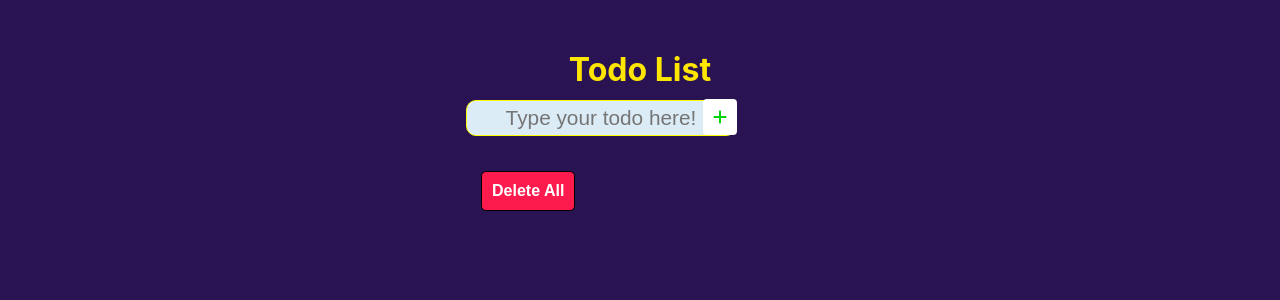
Repository: badhon252/todo-app
Page: /
These files come from the project's save history. The page is drawn as it stood at one moment and after the next save; the edit follows.
The browser window is 1280 px wide. The pictures show the whole page.
The project was rebuilt for these pictures with package versions that can differ from the ones it lists, and the page was loaded fresh each time.

Above is the page before, as saved 2022-01-26 22:38:51.

### public/index.html
<!DOCTYPE html>
<html lang="en">

<head>
  <meta charset="utf-8" />
  <link rel="icon" href="%PUBLIC_URL%/favicon.ico" />
  <meta name="viewport" content="width=device-width, initial-scale=1" />
  <meta name="theme-color" content="#000000" />
  <meta name="description" content="Web site created using create-react-app" />
  <link rel="apple-touch-icon" href="%PUBLIC_URL%/logo192.png" />

  <link rel="manifest" href="%PUBLIC_URL%/manifest.json" />

  <link rel="stylesheet" href="https://cdnjs.cloudflare.com/ajax/libs/font-awesome/5.15.4/css/all.min.css"
    integrity="sha512-1ycn6IcaQQ40/MKBW2W4Rhis/DbILU74C1vSrLJxCq57o941Ym01SwNsOMqvEBFlcgUa6xLiPY/NS5R+E6ztJQ=="
    crossorigin="anonymous" referrerpolicy="no-referrer" />
  <title>React App</title>
</head>

<body>
  <noscript>You need to enable JavaScript to run this app.</noscript>
  <div id="root"></div>
  <!--
      This HTML file is a template.
      If you open it directly in the browser, you will see an empty page.

      You can add webfonts, meta tags, or analytics to this file.
      The build step will place the bundled scripts into the <body> tag.

      To begin the development, run `npm start` or `yarn start`.
      To create a production bundle, use `npm run build` or `yarn build`.
    -->
</body>

</html>

### src/App.js
import Todo from "./components/Todo";

function App() {
  return (
    <div className="App">
      <Todo />
    </div>
  );
}

export default App;

### src/components/Todo.js
import React, { useState, useEffect } from "react";
import { FontAwesomeIcon } from "@fortawesome/react-fontawesome";
import { faPlus, faTrash, faEdit } from "@fortawesome/free-solid-svg-icons";
import "../Styles/style.css";

const getLocalData = () => {
  const lists = localStorage.getItem("myTodoLists");

  if (lists) {
    return JSON.parse(lists);
  } else {
    return [];
  }
};

const Todo = () => {
  const [inputItems, setInputItems] = useState("");
  const [todo, setTodo] = useState(getLocalData());
  const [isEditItem, setIsEditItem] = useState("");
  const [toggleButton, setToggleButton] = useState(false);
  //   Adding Items ============
  const addItems = () => {
    if (!inputItems) {
      alert("Your input field is blank!!");
    } else if (inputItems && toggleButton) {
      setTodo(
        todo.map((curElem) => {
          if (curElem.id === isEditItem) {
            return { ...curElem, name: inputItems };
          }
          return curElem;
        })
      );
      setInputItems("");
      setIsEditItem(null);
      setToggleButton(false);
    } else {
      const myNewInput = {
        id: new Date().getTime().toString(),
        name: inputItems,
      };
      setTodo((e) => [...todo, myNewInput]);
      setInputItems("");
    }
  };

  //   edit items =======
  const editItem = (index) => {
    const itemTodoEdited = todo.find((curElem) => {
      return curElem.id === index;
    });
    setInputItems(itemTodoEdited.name);
    setIsEditItem(index);
    setToggleButton(true);
  };

  //   Deleting items ==========

  const handleDelete = (index) => {
    const updateItems = todo.filter((current) => {
      return current.id !== index;
    });
    setTodo(updateItems);
  };

  useEffect(() => {
    localStorage.setItem("myTodoLists", JSON.stringify(todo));
  }, [todo]);

  return (
    <div className="main-div">
      <h1>Todo List</h1>
      <div className="inputs">
        <input
          type="text"
          name=""
          id="input-box"
          placeholder="Type your todo here!"
          value={inputItems}
          onChange={(e) => setInputItems(e.target.value)}
        />
        {toggleButton ? (
          <FontAwesomeIcon
            icon={faEdit}
            size="6x"
            className="add-btn edit"
            onClick={addItems}
          />
        ) : (
          <FontAwesomeIcon
            icon={faPlus}
            className="add-btn"
            onClick={addItems}
          />
        )}

        {/* <button type="submit" className="add-btn" onClick={addItems}>
          Add
        </button> */}
      </div>
      {/* showing items =============== */}
      <div className="show-items">
        {todo.map((currentItems) => {
          return (
            <div key={currentItems.id}>
              <li className="todo-item">
                {currentItems.name}
                <FontAwesomeIcon
                  icon={faEdit}
                  className="icon edit"
                  onClick={() => editItem(currentItems.id)}
                />
                <FontAwesomeIcon
                  icon={faTrash}
                  className="icon delete"
                  onClick={() => handleDelete(currentItems.id)}
                />
              </li>
            </div>
          );
        })}
        <input
          type="button"
          value="Delete All"
          className="delete-all"
          onClick={() => setTodo([])}
        />
      </div>
    </div>
  );
};

export default Todo;

### src/Styles/style.css
* {
  margin: 0;
  padding: 0;
  background-color: #291352;
}

.main-div {
  padding-top: 50px;
  margin: auto;
  /* text-align: center; */
  width: 23rem;
}
h1 {
  color: #ffe600;
  text-align: center;
}
#input-box {
  color: #000000;
  padding: 5px 0;
  font-size: 1.3rem;
  border: 1px solid yellow;
  background-color: #dcecf7;
  border-radius: 10px;
  text-align: center;
}
.inputs {
  margin: 10px;
}

.add-btn {
  padding: 10px;
  background-color: rgb(255, 255, 255);
  color: rgb(0, 212, 11);
  /* border: 1px solid rgb(0, 0, 0); */
  font-weight: bolder;
  font-size: 1rem;
  border-radius: 4px;
  cursor: pointer;
  margin: 0 0 -8px -33px;
}

.icon {
  margin: 0 10px;
  border-radius: 5px;
  cursor: pointer;
  text-align: right;
  /* background-color: rgb(0, 255, 34); */
  /* color: rgb(0, 0, 0); */
  /* border: 1px solid black; */
  /* font-weight: 700; */
}

.todo-item {
  /* background-color: #5b0080; */
  padding: 5px;
  color: white;
  font-size: 20px;
  font-weight: 700;
}

.edit {
  color: rgb(0, 218, 0);
  margin-left: 50px;
}
.delete {
  color: red;
}

.delete-all {
  background-color: rgb(252, 27, 76);
  color: rgb(255, 255, 255);
  font-weight: 600;
  border: 1px solid black;
  border-radius: 5px;
  font-size: 1rem;
  padding: 10px;
  margin: 25px;
  cursor: pointer;
}
li {
  background-color: #5f00cc;
  margin: 2px;
}

Loaded but not shown: src/index.js (common file); src/index.css (common file); src/reportWebVitals.js (common file)

After the next save:
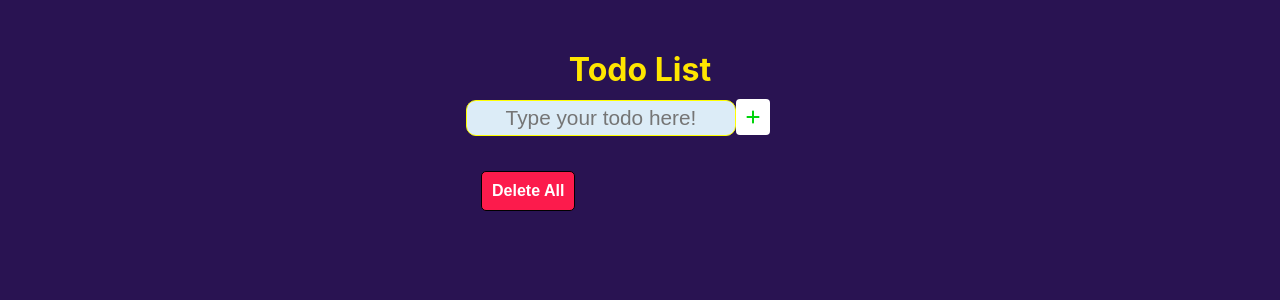
Saved 47 s later.
--- a/src/Styles/style.css
+++ b/src/Styles/style.css
@@ -36,7 +36,7 @@ h1 {
   font-size: 1rem;
   border-radius: 4px;
   cursor: pointer;
-  margin: 0 0 -8px -33px;
+  margin: 0 0 -8px 0;
 }
 
 .icon {
